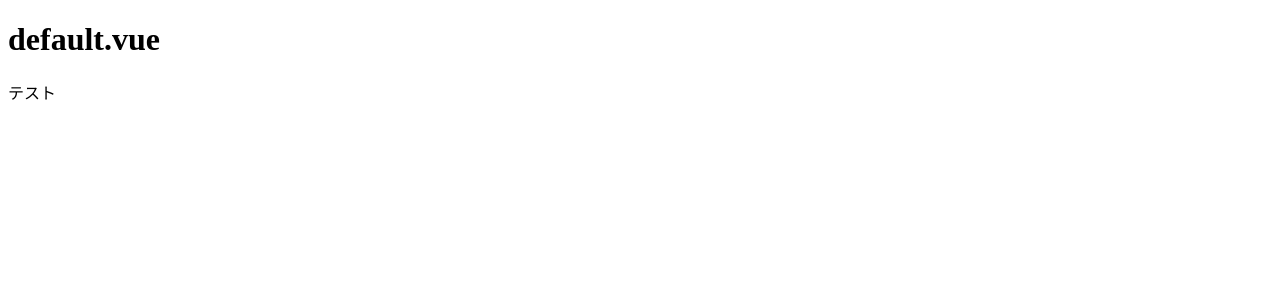
Repository: azuma2/nuxt-layout-practice
Page: /
An editor plug-in stored every save of this project. The page is shown before and after the next save, followed by the edit.
The browser window is 1280 px wide. The pictures show the whole page.
The project was rebuilt for these pictures with package versions that can differ from the ones it lists, and the page was loaded fresh each time. The framework's server and built-in components were replaced by stand-ins that run in the browser. Also part of the build but not shown: nuxt.config.js, components/NuxtLogo.vue, components/Tutorial.vue, layouts/pattern01.vue, layouts/pattern02.vue.

Above is the page before, as saved 2022-03-24 01:09:32.

### layouts/default.vue
<template>
  <div>
    <h1>default.vue</h1>
    <Nuxt />
  </div>
</template>

### pages/index.vue
<template>
  <div class="container">
    テスト
  </div>
</template>

<script>
export default {
  name: 'IndexPage'
}
</script>

After the next save:
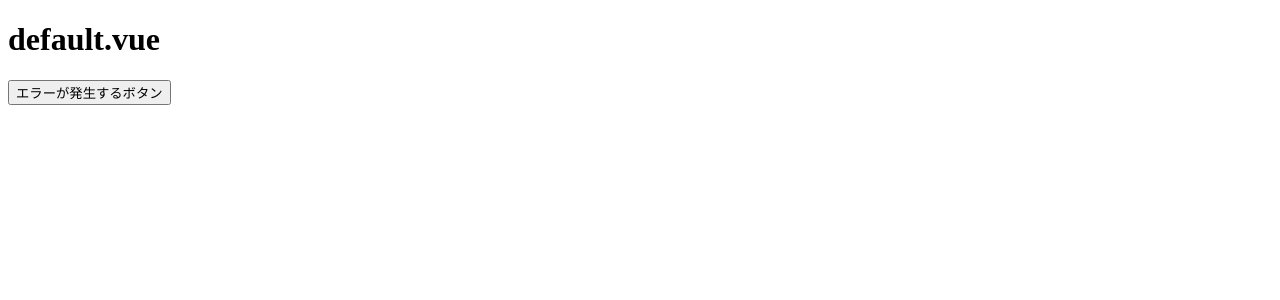
Saved 16 s later.
--- a/pages/index.vue
+++ b/pages/index.vue
@@ -1,11 +1,17 @@
 <template>
   <div class="container">
-    テスト
+    <button @click="goErrorPage">エラーが発生するボタン</button>
   </div>
 </template>
 
 <script>
 export default {
-  name: 'IndexPage'
-}
+  methods: {
+    goErrorPage() {
+      this.$nuxt.error({
+        statusCode: 404,
+      });
+    },
+  },
+};
 </script>
